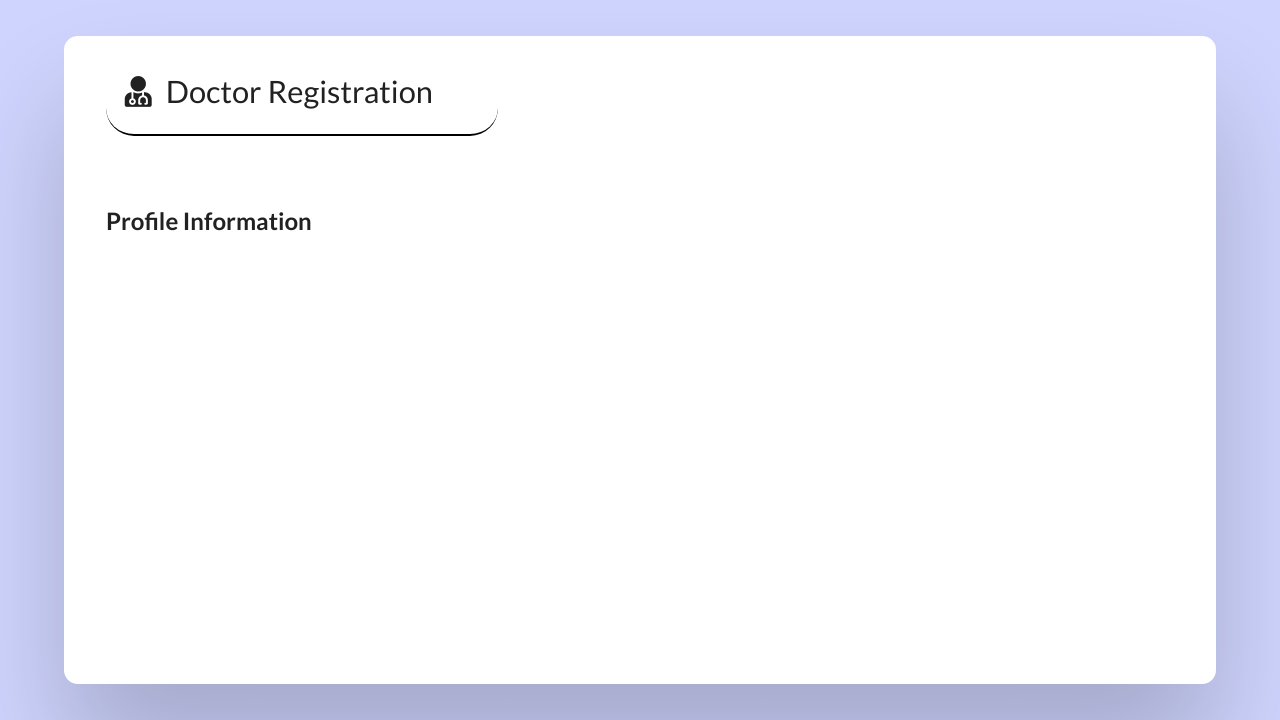
Repository: ajayaj2001/healthcare-digitization
Page: /doctorRegister
These files come from the project's save history. The page is drawn as it stood at one moment and after the next save; the edit follows.
The browser window is 1280 px wide. The pictures show the whole page.
The project was rebuilt for these pictures with package versions that can differ from the ones it lists, and the page was loaded fresh each time. Also part of the build but not shown: src/component/userType/UserType.scss, src/component/userType/UserType.js, src/component/login/Login.scss, src/component/login/loginForm/LoginForm.scss, src/component/login/loginForm/LoginForm.js, src/component/login/Login.js, src/component/register/Register.scss, src/component/register/registerForm/RegisterForm.scss and 2 more.

Above is the page before, as saved 2021-03-13 11:29:09.

After the next save:
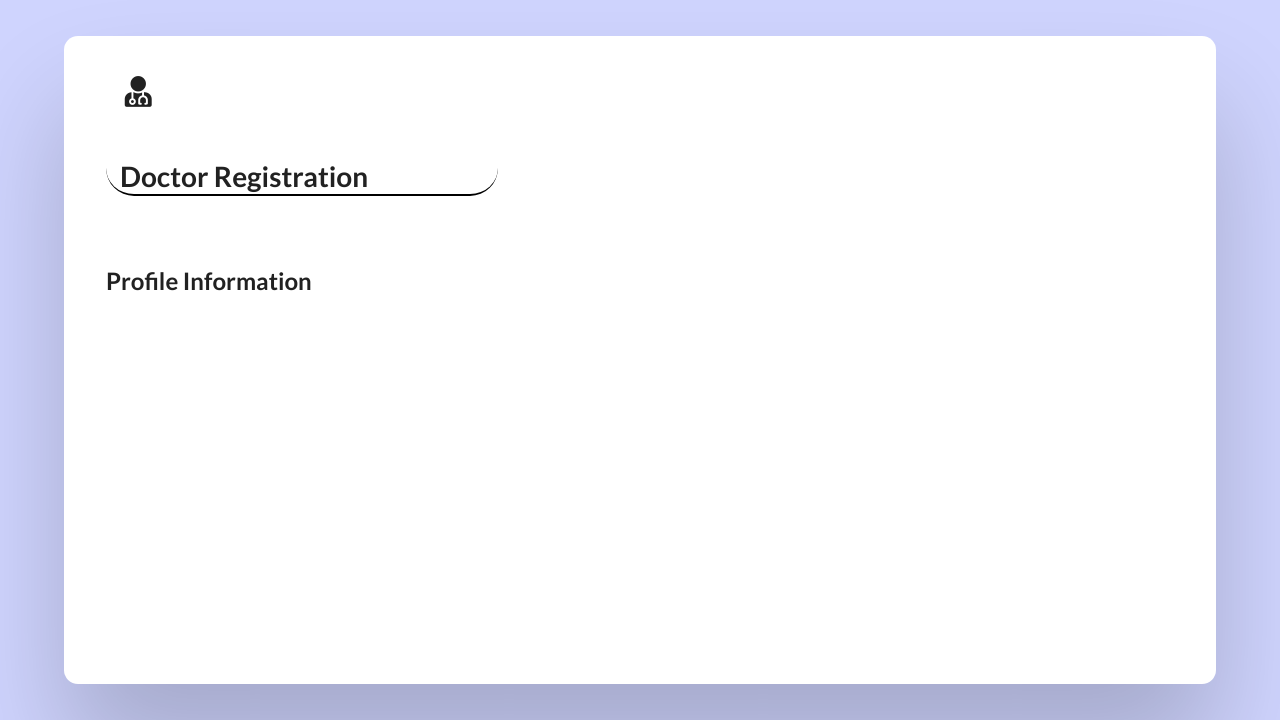
Saved 26 s later.
--- a/src/component/doctorRegister/DoctorRegister.js
+++ b/src/component/doctorRegister/DoctorRegister.js
@@ -7,7 +7,7 @@ const DoctorRegister = () => {
     return (
         <div className="doctorRegister__container">
             <div className="doctorRegister__main">
-                <div className="doctorRegister__heading"><Icon name="user doctor"/> Doctor Registration</div>
+                <div className="doctorRegister__heading"><Icon name="user doctor"/><h1> Doctor Registration</h1></div>
                 <DoctorRegisterForm/>
             </div>
         </div>
